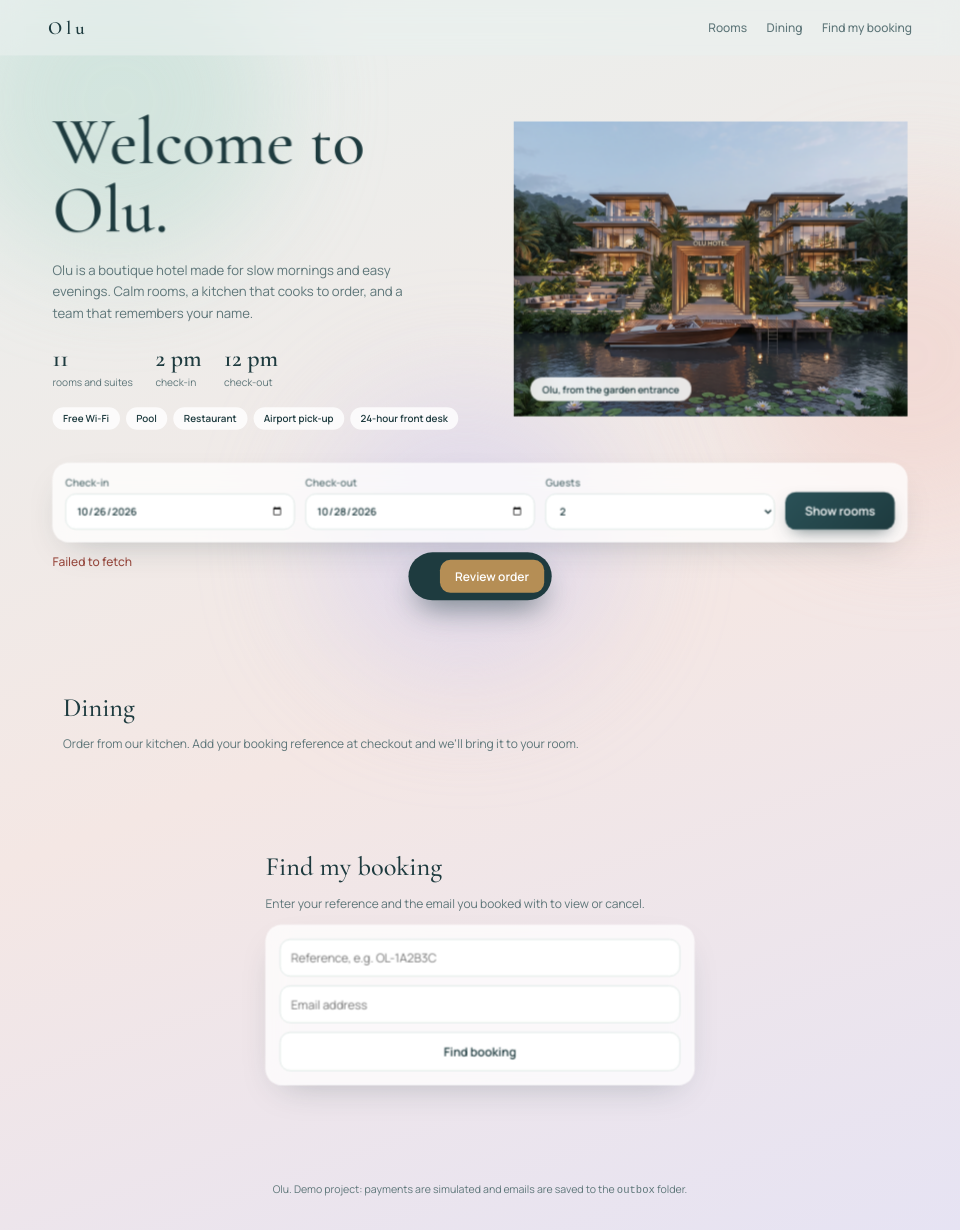
Repository: Deneththri/Hotel-System
Page: public/index.html
These files come from the project's save history. The page is drawn as it stood at one moment and after the next save; the edit follows.
The browser window is 1280 px wide. The pictures show the whole page, at 75% of full size.
The page's requests for data from a server got no answer.

Above is the page before, as saved 2026-10-25 18:16:11.

After the next save:
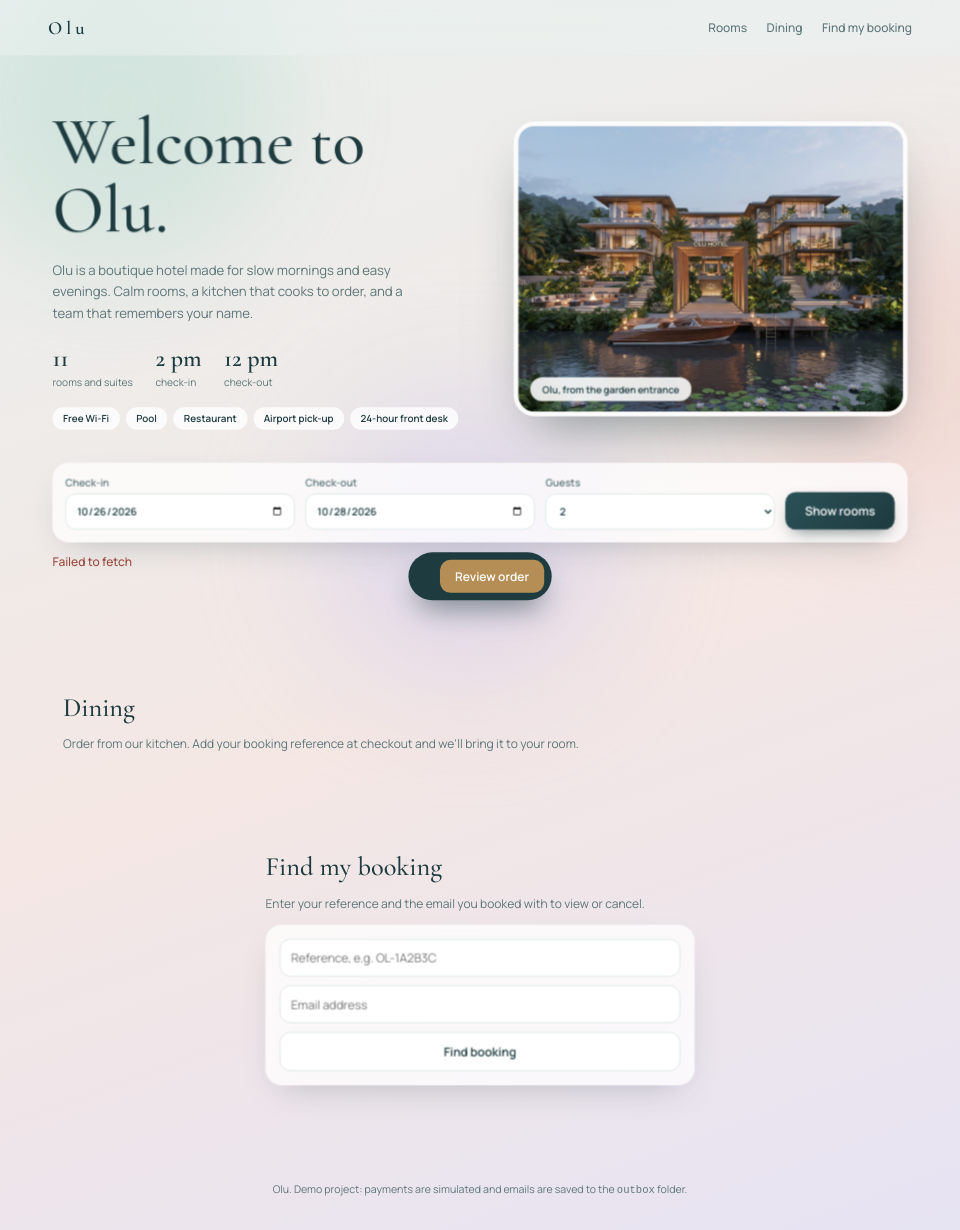
Saved 17 min 8 s later.
--- a/public/style.css
+++ b/public/style.css
@@ -1002,9 +1002,9 @@ footer {
     width: 100%;
     aspect-ratio: 4/3;
     object-fit: cover;
-
-
-
+    border-radius: 28px;
+    box-shadow: 0 34px 70px -28px rgba(30, 59, 63, .55);
+    border: 6px solid rgba(255, 255, 255, .85)
 }
 
 .pic figcaption {
